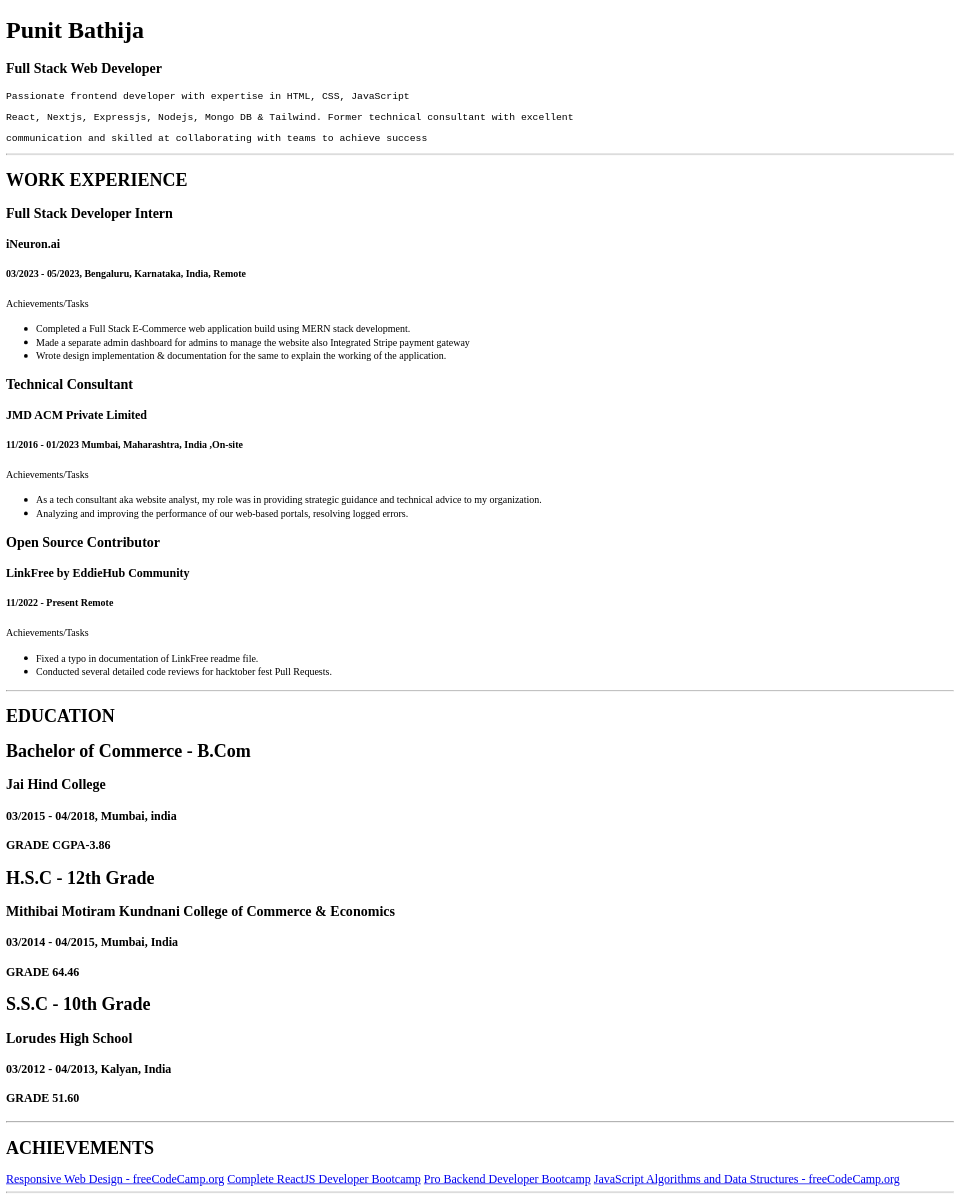
Repository: punitbathija/Placement-Assitance-iNeuron
Page: index.html
The author's editor kept a copy of each file at every save. The page is drawn from the files as they stood at one save, then again after the next save.
The browser window is 1280 px wide. The pictures show the whole page, at 75% of full size.

Above is the page before, as saved 2023-05-18 12:35:38.

### index.html
<!DOCTYPE html>
<html lang="en">
  <head>
    <meta charset="UTF-8" />
    <meta http-equiv="X-UA-Compatible" content="IE=edge" />
    <meta name="viewport" content="width=device-width, initial-scale=1.0" />
    <title>Document</title>
  </head>
  <body>
    <header>
      <h1>Punit Bathija</h1>
      <h3>Full Stack Web Developer</h3>
      <pre>
Passionate frontend developer with expertise in HTML, CSS, JavaScript</pre
      >
      <pre>
React, Nextjs, Expressjs, Nodejs, Mongo DB & Tailwind. Former technical consultant with excellent</pre
      >
      <pre>
communication and skilled at collaborating with teams to achieve success</pre
      >
    </header>
    <hr />
    <section>
      <h1>WORK EXPERIENCE</h1>
      <div>
        <h3>Full Stack Developer Intern</h3>
        <h4>iNeuron.ai</h4>
        <h5>03/2023 - 05/2023, Bengaluru, Karnataka, India, Remote</h5>
        <small>Achievements/Tasks</small>
        <ul>
          <li>
            <small
              >Completed a Full Stack E-Commerce web application build using
              MERN stack development.</small
            >
          </li>
          <li>
            <small
              >Made a separate admin dashboard for admins to manage the website
              also Integrated Stripe payment gateway
            </small>
          </li>
          <li>
            <small
              >Wrote design implementation & documentation for the same to
              explain the working of the application.
            </small>
          </li>
        </ul>
      </div>
      <div>
        <h3>Technical Consultant</h3>
        <h4>JMD ACM Private Limited</h4>
        <h5>11/2016 - 01/2023 Mumbai, Maharashtra, India ,On-site</h5>
        <small>Achievements/Tasks</small>
        <ul>
          <li>
            <small
              >As a tech consultant aka website analyst, my role was in
              providing strategic guidance and technical advice to my
              organization.</small
            >
          </li>
          <li>
            <small
              >Analyzing and improving the performance of our web-based portals,
              resolving logged errors.
            </small>
          </li>
        </ul>
      </div>
      <div>
        <h3>Open Source Contributor</h3>
        <h4>LinkFree by EddieHub Community</h4>
        <h5>11/2022 - Present Remote</h5>
        <small>Achievements/Tasks</small>
        <ul>
          <li>
            <small
              >Fixed a typo in documentation of LinkFree readme file.</small
            >
          </li>
          <li>
            <small
              >Conducted several detailed code reviews for hacktober fest Pull
              Requests.
            </small>
          </li>
        </ul>
      </div>
    </section>
    <hr />
    <section>
      <h1>EDUCATION</h1>
      <div>
        <h2>Bachelor of Commerce - B.Com</h2>
        <h3>Jai Hind College</h3>
        <h4>03/2015 - 04/2018, Mumbai, india</h4>
        <h4>GRADE CGPA-3.86</h4>
      </div>
      <div>
        <h2>H.S.C - 12th Grade</h2>
        <h3>Mithibai Motiram Kundnani College of Commerce & Economics</h3>
        <h4>03/2014 - 04/2015, Mumbai, India</h4>
        <h4>GRADE 64.46</h4>
      </div>
      <div>
        <h2>S.S.C - 10th Grade</h2>
        <h3>Lorudes High School</h3>
        <h4>03/2012 - 04/2013, Kalyan, India</h4>
        <h4>GRADE 51.60</h4>
      </div>
    </section>
    <hr />
    <section>
      <h1>ACHIEVEMENTS</h1>
      <a
        href="https://www.freecodecamp.org/certification/fcc5a76ec11-aefa-4ffc-b5b4-83b6dda548be/responsive-web-design"
        >Responsive Web Design - freeCodeCamp.org</a
      >
      <a
        href="https://s3-ap-southeast-1.amazonaws.com/learnyst/schools/2410/certificates/53635/6728656_53635.pdf?1670742115="
        >Complete ReactJS Developer Bootcamp</a
      >
      <a
        href="https://s3-ap-southeast-1.amazonaws.com/learnyst/schools/2410/certificates/110784/6728656_110784.pdf?1676721842="
        >Pro Backend Developer Bootcamp</a
      >
      <a
        href="https://www.freecodecamp.org/certification/fcc5a76ec11-aefa-4ffc-b5b4-83b6dda548be/responsive-web-design"
        >JavaScript Algorithms and Data Structures - freeCodeCamp.org</a
      >
    </section>
    <hr />
  </body>
</html>

After the next save:
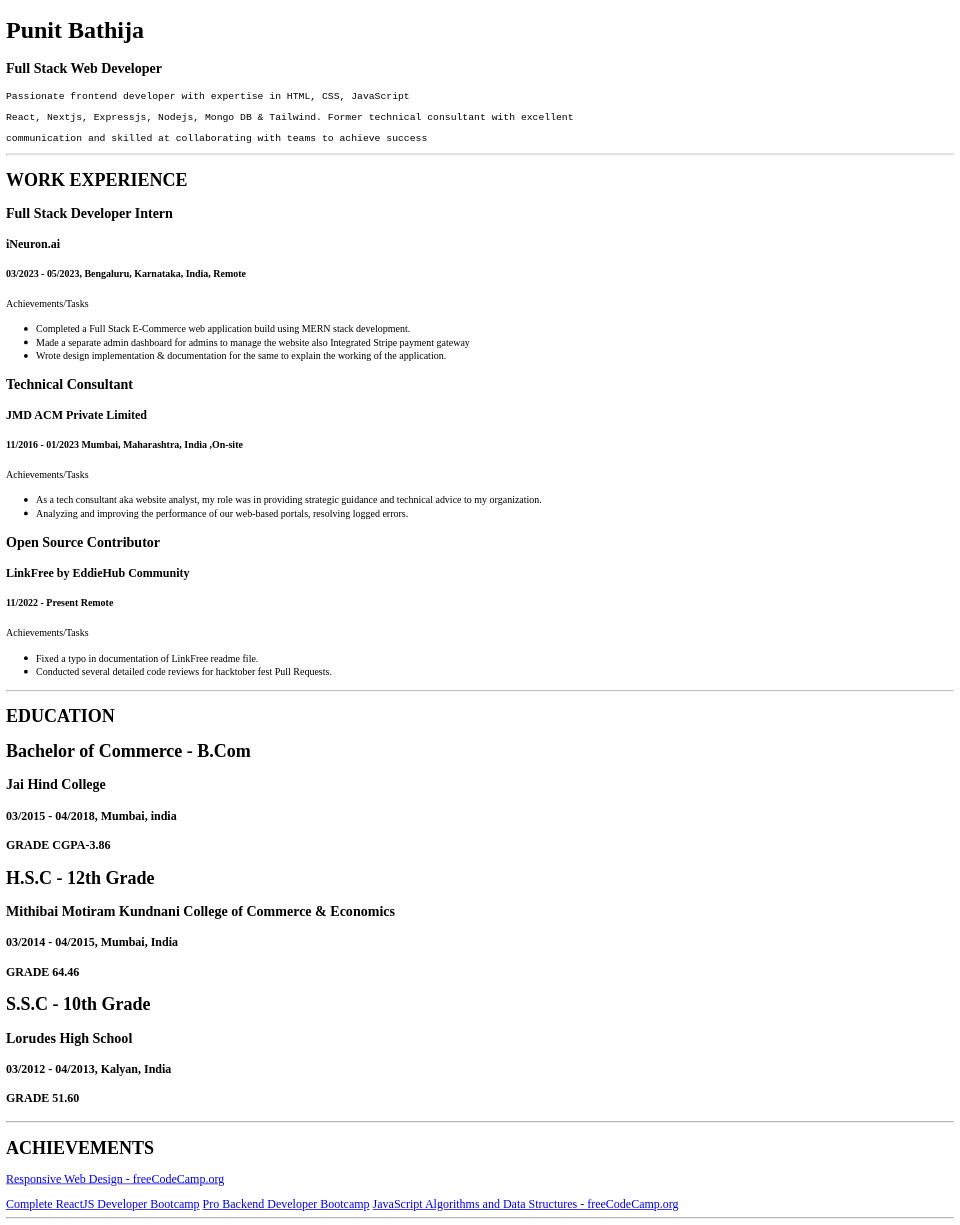
Saved 96 s later.
--- a/index.html
+++ b/index.html
@@ -115,10 +115,12 @@ communication and skilled at collaborating with teams to achieve success</pre
     <hr />
     <section>
       <h1>ACHIEVEMENTS</h1>
-      <a
-        href="https://www.freecodecamp.org/certification/fcc5a76ec11-aefa-4ffc-b5b4-83b6dda548be/responsive-web-design"
-        >Responsive Web Design - freeCodeCamp.org</a
-      >
+      <p>
+        <a
+          href="https://www.freecodecamp.org/certification/fcc5a76ec11-aefa-4ffc-b5b4-83b6dda548be/responsive-web-design"
+          >Responsive Web Design - freeCodeCamp.org</a
+        >
+      </p>
       <a
         href="https://s3-ap-southeast-1.amazonaws.com/learnyst/schools/2410/certificates/53635/6728656_53635.pdf?1670742115="
         >Complete ReactJS Developer Bootcamp</a
